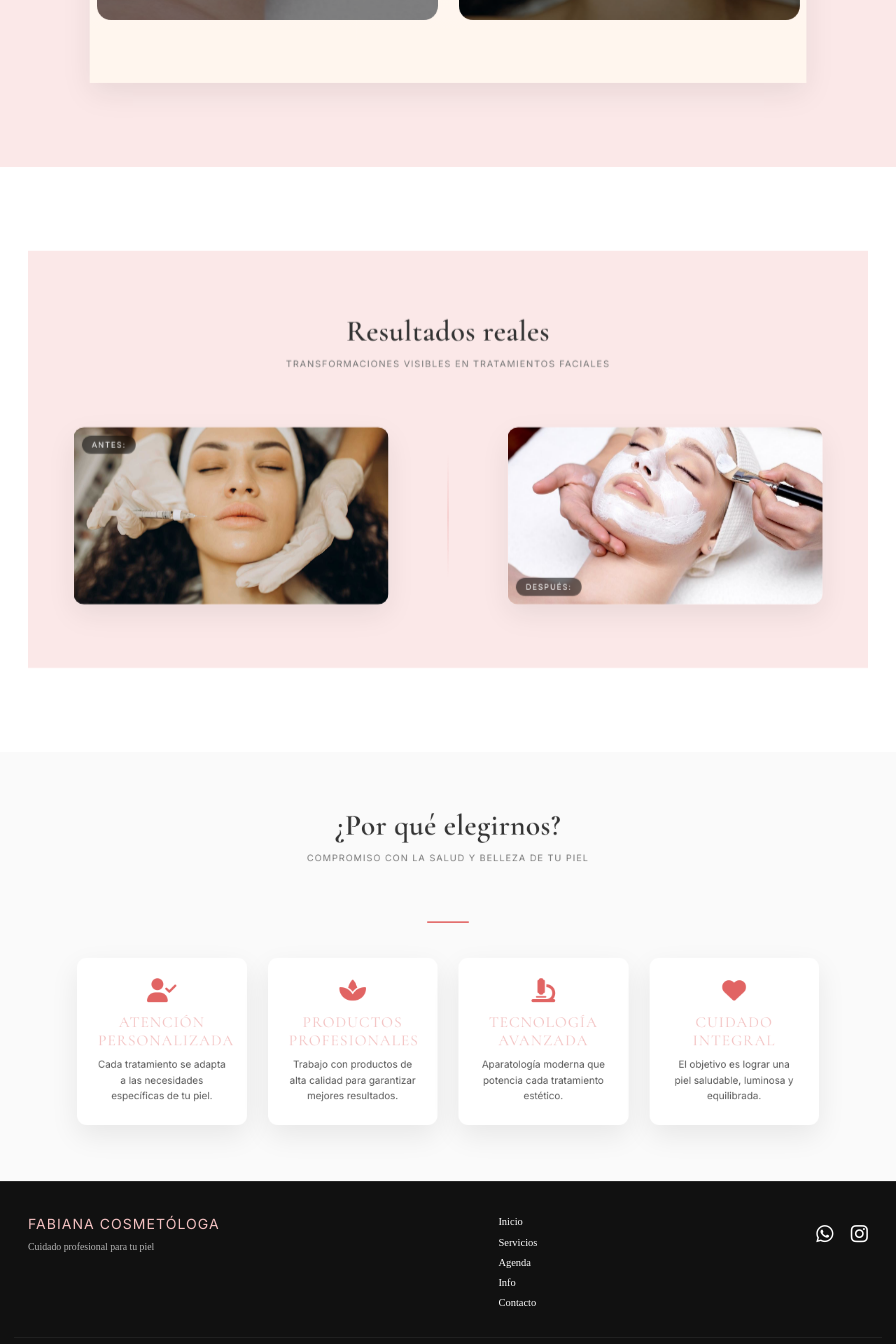
Repository: thiagobal1891-sudo/paginaweb
Page: pages/servicios.html
These files come from the project's save history. The page is drawn as it stood at one moment and after the next save; the edit follows.
The browser window is 1280 px wide. The pictures show the part of the page from y = 1076 to 2996 px (the page is 3058 px tall before and 3114 px after), at 70% of full size.
Some web fonts or font styles are not loaded; a fallback is used.

Above is the page before, as saved 2026-03-17 11:38:01.
Console error: ReferenceError: emailjs is not defined

### pages/servicios.html
<!DOCTYPE html>
<html lang="es">

<head>
  <meta charset="UTF-8">
  <meta name="viewport" content="width=device-width, initial-scale=1.0">
  <title>Fabiana Cosmetóloga</title>
  <link rel="stylesheet" href="../css/style.css">
  <link rel="preconnect" href="https://fonts.googleapis.com">
  <link rel="preconnect" href="https://fonts.gstatic.com" crossorigin>
  <link
    href="https://fonts.googleapis.com/css2?family=Melodrama:wght@400;500;600;700&family=Inter:wght@100..900&family=Poppins:wght@100..900&family=Cormorant+Garamond:wght@300..700&display=swap"
    rel="stylesheet">
  <link rel="stylesheet" href="https://cdnjs.cloudflare.com/ajax/libs/font-awesome/6.5.0/css/all.min.css"
    crossorigin="anonymous" referrerpolicy="no-referrer" />
</head>

<body>
  <header>
    <div class="container">
      <a href="../index.html" class="logo">
        <img src="../media/logo.png"
  alt="Logo de la marca"
  loading="lazy"
  decoding="async">
      </a>
      <nav>
        <a href="servicios.html">SERVICIOS</a>
        <a href="agenda.html">AGENDA</a>
        <a href="info.html">INFO</a>
        <a href="contacto.html">CONTACTO</a>
      </nav>
    </div>
  </header>
<main>
  <section id="Tratamientos" class="appear">
  <div class="container">
<div class="section-title">
  <h2>Tratamientos</h2>
  <p>Cuidado profesional para tu piel</p>
</div>
    <div class="carousel-wrapper">

      <div class="arrow left">&#10094;</div>
      <div class="carta-tratamientos">

        <div class="carta">
          <h3>PEELING QUIMICO</h3>
          <p class="info_carta">El peeling químico es un tratamiento estético que utiliza sustancias especiales para exfoliar la piel de forma controlada.
          Ayuda a eliminar células muertas, mejorar la textura, atenuar manchas, marcas de acné y líneas finas, dejando la piel más uniforme, luminosa y renovada.
          <br>Es un procedimiento seguro, que realizado por un profesional y se adapta según el tipo de piel y la necesidad de cada persona.</p>
          <h3>Beneficios:</h3>
          <ul>
            <li>Elimina manchas</li>
          <li>Empareja el tono y textura de la piel</li>
          <li>Elimina arrugas finas</li>
          <li>Minimiza surcos y líneas de expresión</li>
          <li>Minimiza y elimina cicatrices, marcas y estrías</li>
          <li>Reduce el tamaño de los poros ganando luminosidad y mejorando la hidratación </li>
        </ul>
        </div>

        <div class="carta">
          <h3>DERMAPLANING</h3>
          <p class="info_carta">El dermaplaning es un tratamiento estético que consiste en exfoliar la capa superficial de la piel utilizando una herramienta especial y estéril. El procedimiento elimina células muertas y el vello fino del rostro, dejando la piel más suave, luminosa y uniforme.
          Es un tratamiento indoloro, no invasivo y apto para la mayoría de los tipos de piel. <br> Además, mejora la absorción de productos y potencia los resultados de otros tratamientos faciales.</p>
                  <h3>Beneficios:</h3>
                  <ul>
                  <li>Mejora la textura y suavidad de la piel</li>
                  <li>Aporta mayor luminosidad inmediata</li>
                  <li>Favorece una mejor absorción de cosméticos</li>
                  <li>Ayuda a atenuar líneas finas superficiales</li>
                  <li>Permite que el maquillaje se vea más uniforme</li>
                  </ul>
        </div>

        <div class="carta">
          <h3>RADIOFRECUENCIA</h3>
                  <p class="info_carta">La radiofrecuencia facial es un tratamiento estético no invasivo que utiliza ondas electromagnéticas para generar calor en las capas profundas de la piel. Este calor estimula la producción natural de colágeno y elastina, ayudando a mejorar la firmeza y elasticidad del rostro.
                  <br>Es un procedimiento seguro y confortable, ideal para combatir la flacidez y los signos del envejecimiento sin necesidad de cirugía ni tiempo de recuperación.</p>
                  <h3>Beneficios:</h3>
                  <ul>
                  <li>Mejora la firmeza y tonicidad de la piel</li>
                  <li>Estimula la producción de colágeno</li>
                  <li>Reduce la apariencia de arrugas y líneas de expresión</li>
                  <li>Mejora el contorno facial</li>
                  <li>Aporta un efecto tensor progresivo y natural</li>
                  </ul>
        </div>

        <div class="carta">
          <h3>ALTA FRECUENCIA</h3>
                  <p class="info_carta">La alta frecuencia es un tratamiento estético que utiliza corrientes eléctricas suaves para oxigenar la piel, estimular la circulación y mejorar su aspecto general. Se aplica mediante un electrodo de vidrio que produce una leve chispa controlada, generando un efecto bactericida y descongestivo.
                  <br>Es especialmente recomendado para pieles con acné, exceso de grasa o poros dilatados, ya que ayuda a purificar y equilibrar la piel sin causar molestias.</p>
                  <h3>Beneficios:</h3>
                  <ul>
                  <li>Tiene efecto bactericida, ideal para pieles acneicas</li>
                  <li>Reduce la inflamación y enrojecimiento</li>
                  <li>Mejora la circulación y oxigenación de la piel</li>
                  <li>Ayuda a cicatrizar pequeñas lesiones</li>
                  <li>Regula el exceso de grasa y cierra los poros</li>
                  </ul>
        </div>

        <div class="carta">
          <h3>MICRODERMOABRASIÓN</h3>
                  <p class="info_carta">La microdermoabrasión es un tratamiento estético que exfolia la piel de manera mecánica y controlada, eliminando células muertas de la capa superficial. Se realiza con un equipo especializado que ayuda a renovar la piel y estimular la regeneración celular.
                  <br>Es un procedimiento no invasivo, seguro y apto para distintos tipos de piel, ideal para mejorar la textura, luminosidad y apariencia general del rostro.</p>
                  <h3>Beneficios:</h3>
                  <ul>
                  <li>Elimina células muertas y renueva la piel</li>
                  <li>Mejora la textura y suavidad del rostro</li>
                  <li>Atenúa manchas superficiales y marcas leves de acné</li>
                  <li>Reduce la apariencia de poros dilatados</li>
                  <li>Estimula la regeneración celular y aporta luminosidad</li>
                  </ul>
        </div>

        <div class="carta">
          <h3>DERMAPEN</h3>
                  <p class="info_carta">El Dermapen es un tratamiento estético que utiliza un dispositivo con microagujas para realizar pequeñas punciones controladas en la piel. Estas microperforaciones estimulan la producción natural de colágeno y elastina, favoreciendo la regeneración y mejorando la calidad de la piel.
                  <br>Es un procedimiento mínimamente invasivo que <br> se adapta según la necesidad de cada persona, y puede aplicarse en rostro y otras zonas para tratar diferentes imperfecciones.</p>
                  <h3>Beneficios:</h3>
                  <ul>
                  <li>Estimula la producción de colágeno y elastina</li>
                  <li>Mejora la textura y firmeza de la piel</li>
                  <li>Atenúa cicatrices de acné y marcas</li>
                  <li>Reduce líneas finas y arrugas</li>
                  <li>Mejora la apariencia de manchas y poros dilatados</li>
                  </ul>
        </div>

                <div class="carta">
          <h3>ELECTROPORACIÓN</h3>
                  <p class="info_carta">La electroporación es un tratamiento estético no invasivo que utiliza impulsos eléctricos suaves para facilitar la penetración de principios activos en las capas más profundas de la piel, sin necesidad de agujas. Este proceso mejora la absorción de nutrientes, vitaminas y ácido hialurónico, potenciando los resultados del tratamiento.
                  <br>Es una técnica indolora y segura, ideal para revitalizar la piel y mejorar su aspecto de manera efectiva.</p>
                  <h3>Beneficios:</h3>
                  <ul>
                  <li>Favorece la penetración profunda de activos</li>
                  <li>Mejora la hidratación y nutrición de la piel</li>
                  <li>Aporta mayor luminosidad y vitalidad</li>
                  <li>Potencia los resultados de otros tratamientos</li>
                  <li>Es un procedimiento no invasivo y sin tiempo de recuperación</li>
                  </ul>
        </div>
      </div>
      <div class="arrow right">&#10095;</div>
    </div>
  </div>
  </section>

    <section id="infocosmet" class="appear">
    <div class="carousel_infocosmet">
<div class="section-title no-line">
<h2>Resultados reales</h2>
  <p>Transformaciones visibles en tratamientos faciales</p>
</div>
<div class="carousel-track">
  <div class="slide">
    <div class="img-wrapper">
      <span class="badge top">ANTES:</span>
      <img   src="../media/Tratamientos-2.jpg"
  alt="Antes del tratamiento facial"
  loading="lazy"
  decoding="async">

    </div>
    <div class="img-wrapper">
      <span class="badge bottom">DESPUÉS:</span>
      <img   src="../media/Tratamientos-3.jpg"
  alt="Antes del tratamiento facial"
  loading="lazy"
  decoding="async">

    </div>
  </div>

  <div class="slide">
    <div class="img-wrapper">
      <span class="badge top">ANTES:</span>
      <img   src="../media/Tratamientos-2.jpg"
  alt="Antes del tratamiento facial"
  loading="lazy"
  decoding="async">
    </div>
    <div class="img-wrapper">
      <span class="badge bottom">DESPUÉS:</span>
      <img   src="../media/Tratamientos-3.jpg"
  alt="Antes del tratamiento facial"
  loading="lazy"
  decoding="async">

    </div>
  </div>

  <div class="slide">
    <div class="img-wrapper">
        <span class="badge top">ANTES:</span>
      <img   src="../media/Tratamientos-2.jpg"
  alt="Antes del tratamiento facial"
  loading="lazy"
  decoding="async">

    </div>
    <div class="img-wrapper">
      <span class="badge bottom">DESPUÉS:</span>
      <img   src="media/Tratamientos-3.jpg"
  alt="Antes del tratamiento facial"
  loading="lazy"
  decoding="async">

    </div>
  </div>

    <div class="slide">
    <div class="img-wrapper">
          <span class="badge top">ANTES:</span>
      <img   src="../media/Tratamientos-2.jpg"
  alt="Antes del tratamiento facial"
  loading="lazy"
  decoding="async">

    </div>
    <div class="img-wrapper">
      <span class="badge bottom">DESPUÉS:</span>
      <img   src="media/Tratamientos-3.jpg"
  alt="Antes del tratamiento facial"
  loading="lazy"
  decoding="async">
    </div>
  </div>

<div class="slide">
  <div class="img-wrapper">
    <span class="badge top">ANTES:</span>
    <img   src="../media/Tratamientos-2.jpg"
  alt="Antes del tratamiento facial"
  loading="lazy"
  decoding="async">
  </div>

  <div class="img-wrapper">
    <span class="badge bottom">DESPUÉS:</span>
    <img   src="media/Tratamientos-3.jpg"
  alt="Antes del tratamiento facial"
  loading="lazy"
  decoding="async">
  </div>
</div>
  </div>

</div>
  </section>

  <section class="confianza appear">
<div class="container">
<div class="section-title">
<h2>¿Por qué elegirnos?</h2>
<p>Compromiso con la salud y belleza de tu piel</p>
</div>
<div class="confianza-grid">
<div class="confianza-item">
<i class="fa-solid fa-user-check"></i>
<h3>Atención personalizada</h3>
<p>Cada tratamiento se adapta a las necesidades específicas de tu piel.</p>
</div>
<div class="confianza-item">
<i class="fa-solid fa-spa"></i>
<h3>Productos profesionales</h3>
<p>Trabajo con productos de alta calidad para garantizar mejores resultados.</p>
</div>
<div class="confianza-item">
<i class="fa-solid fa-microscope"></i>
<h3>Tecnología avanzada</h3>
<p>Aparatología moderna que potencia cada tratamiento estético.</p>
</div>
<div class="confianza-item">
<i class="fa-solid fa-heart"></i>
<h3>Cuidado integral</h3>
<p>El objetivo es lograr una piel saludable, luminosa y equilibrada.</p>
</div>
</div>
</div>
</section>
</main>

<footer class="footer">
  <div class="footer-container">
    <div class="footer-brand">
      <h3>Fabiana Cosmetóloga</h3>
      <p>Cuidado profesional para tu piel</p>
    </div>
    <div class="footer-links">
      <a href="../index.html">Inicio</a>
      <a href="../pages/servicios.html">Servicios</a>
      <a href="../pages/agenda.html">Agenda</a>
      <a href="../pages/info.html">Info</a>
      <a href="../pages/contacto.html">Contacto</a>
    </div>
    <div class="footer-social">
      <a href="https://wa.me/59894623252" target="_blank">
        <i class="fa-brands fa-whatsapp"></i>
      </a>
      <a href="https://www.instagram.com/prettyfacefd" target="_blank">
        <i class="fa-brands fa-instagram"></i>
      </a>
    </div>
  </div>

  <div class="footer-bottom">
    <p>© 2026 Fabiana Cosmetóloga · Todos los derechos reservados</p>
  </div>
</footer>
  <script src="https://cdn.jsdelivr.net/npm/emailjs-com@3/dist/email.min.js"></script>
  <script src="../script.js" defer></script>
<a href="https://www.instagram.com/prettyfacefd" class="instagram-float" aria-label="Enviar mensaje por instagram" target="_blank">
  <i class="fa-brands fa-instagram"></i>
</a>
<a href="https://wa.me/59894623252" class="whatsapp-float" aria-label="Enviar mensaje por WhatsApp" target="_blank">
<i class="fa-brands fa-whatsapp"></i>
</a>
</body>
</html>

Loaded but not shown: script.js (129 lines, source omitted); css/style.css (1100 lines, source omitted)

After the next save:
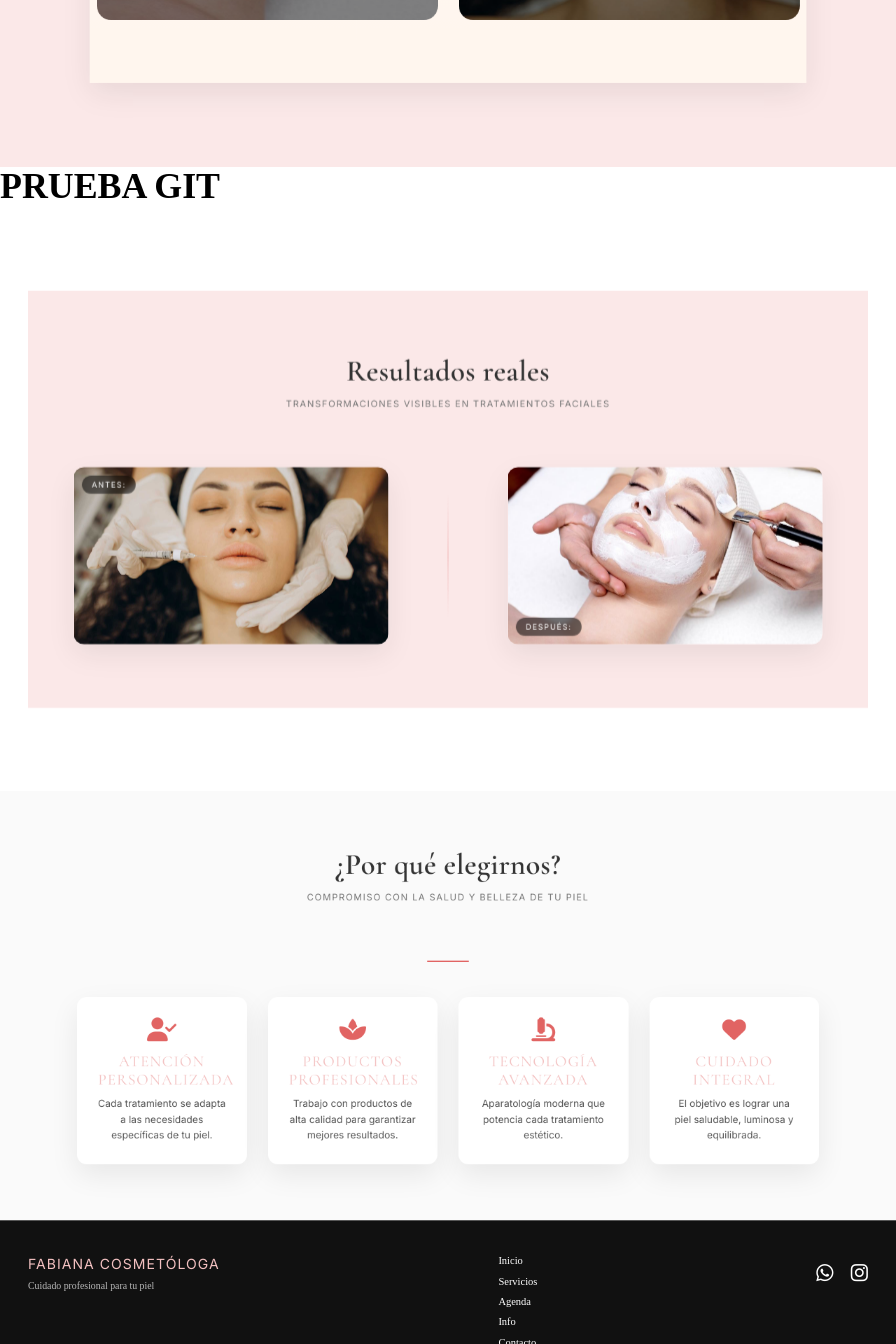
Saved 23 min 39 s later.
--- a/pages/servicios.html
+++ b/pages/servicios.html
@@ -148,7 +148,7 @@
     </div>
   </div>
   </section>
-
+<h1>PRUEBA GIT</h1>
     <section id="infocosmet" class="appear">
     <div class="carousel_infocosmet">
 <div class="section-title no-line">
